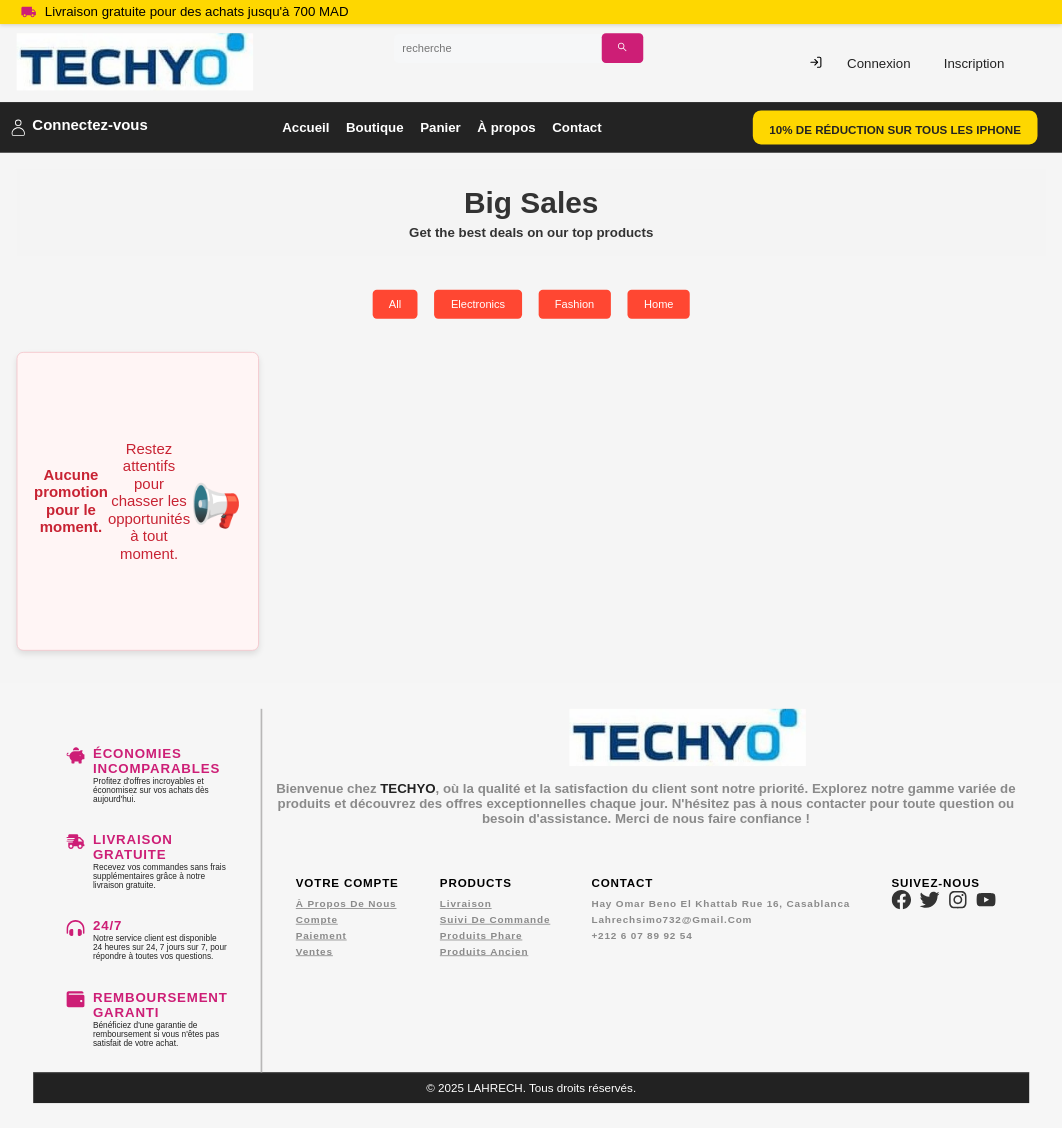
Repository: sebti-cloud/project-modern
Page: /sales (app in ecommerce_website/)
An editor plug-in stored every save of this project. The page is shown before and after the next save, followed by the edit.
The browser window is 1280 px wide. The pictures show the whole page, at 83% of full size.
The page's requests for data from a server got no answer. The project was rebuilt for these pictures with package versions that can differ from the ones it lists, and the page was loaded fresh each time. No one was signed in, and anything a server would have sent is missing. Also part of the build but not shown: ecommerce_website/src/comp/home.js, ecommerce_website/src/comp/shop.js, ecommerce_website/src/comp/cart.js, ecommerce_website/src/comp/contact.js, ecommerce_website/src/comp/rout.js, ecommerce_website/src/comp/Products.js, ecommerce_website/src/comp/Orders.js, ecommerce_website/src/comp/LikedProducts.js and 23 more.

Above is the page before, as saved 2025-01-08 18:42:56.

### ecommerce_website/src/styles/app.css
/* app.css */
body {
    font-family: Arial, sans-serif;
    margin: 0;
    padding: 0;
    background-color: #f5f5f5;
  }

  h1 {
    color: #333;
  }

  button {
    background-color: #007bff;
    color: white;
    border: none;
    padding: 10px 20px;
    cursor: pointer;
  }

  button:hover {
    background-color: #0056b3;
  }

### ecommerce_website/src/comp/Sales.js
import React, { useState, useEffect } from 'react';
import './sales.css';
import { AiOutlineShoppingCart } from 'react-icons/ai';

const Sales = ({ addtocart }) => {
    const [products, setProducts] = useState([]);
    const [loading, setLoading] = useState(true);
    const [filter, setFilter] = useState('all');

    useEffect(() => {
        fetchProducts();
    }, []);

    const fetchProducts = async () => {
        try {
            const response = await fetch('http://localhost:3001/api/products');
            const data = await response.json();
            const salesProducts = data.filter((x) => x.types && x.types.includes('sale'));
            setProducts(salesProducts);
            setLoading(false);
        } catch (error) {
            console.error('Error fetching products:', error);
            setLoading(false);
        }
    };

    const filterProducts = async (category) => {
        setFilter(category);
        setLoading(true);
        try {
            let url = `http://localhost:3001/api/products`;
            if (category !== 'all') {
                url += `?category=${category}`;
            }
            const response = await fetch(url);
            const data = await response.json();
            const filteredProducts = data.filter((x) => x.types && x.types.includes('sale'));
            setProducts(filteredProducts);
            setLoading(false);
        } catch (error) {
            console.error('Error fetching filtered products:', error);
            setLoading(false);
        }
    };

    return (
        <div className="sales">
            <div className="banner">
                <h2>Big Sales</h2>
                <p>Get the best deals on our top products</p>
            </div>
            <div className="filters">
                <button onClick={() => filterProducts('all')}>All</button>
                <button onClick={() => filterProducts('electronics')}>Electronics</button>
                <button onClick={() => filterProducts('fashion')}>Fashion</button>
                <button onClick={() => filterProducts('home')}>Home</button>
            </div>
            {loading ? (
                <div className="loading">Loading...</div>
            ) : (
                <div className="products_grid">
                    {products.length > 0 ? (
                        products.map(product => (
                            <div key={product.id} className="product_card">
                                <img src={`http://localhost:3001${product.image}`} alt={product.name} />
                                <h3>{product.name}</h3>
                                <p>{product.price} MAD</p>
                                <button onClick={() => addtocart(product)}>
                                    <AiOutlineShoppingCart /> Add to Cart
                                </button>
                            </div>
                        ))
                    ) : (
                        <div className="no-promotions" style={{
                            display: 'flex',
                            justifyContent: 'center',
                            alignItems: 'center',
                            textAlign: 'center',
                            backgroundColor: '#fff5f5',
                            color: '#c82333',
                            padding: '20px',
                            borderRadius: '8px',
                            border: '1px solid #f5c6cb',
                            marginTop: '20px',
                            boxShadow: '0 4px 8px rgba(0, 0, 0, 0.1)',
                            fontFamily: 'Arial, sans-serif',
                            fontSize: '18px',
                            maxWidth: '600px',
                            margin: '20px auto',
                            minHeight: '50vh'
                        }}>
                            <strong>Aucune promotion pour le moment.</strong>
                            <p>Restez attentifs pour chasser les opportunités à tout moment.</p>
                            <div style={{ fontSize: '50px', color: '#c82333', marginTop: '10px' }}>📢</div>
                        </div>
                    )}
                </div>
            )}
        </div>
    );
};

export default Sales;

### ecommerce_website/src/comp/sales.css
.sales {
    width: 100%;
    padding: 20px;
}

.banner {
    text-align: center;
    background-color: #ff4732;
    color: #fff;
    padding: 20px 0;
}

.banner h2 {
    font-size: 36px;
    margin: 0;
}

.banner p {
    font-size: 16px;
}

.filters {
    display: flex;
    justify-content: center;
    margin: 20px 0;
}

.filters button {
    margin: 0 10px;
    padding: 10px 20px;
    border: none;
    background-color: #ff4732;
    color: #fff;
    cursor: pointer;
    transition: background-color 0.3s ease;
}

.filters button:hover {
    background-color: #e03c2f;
}

.products_grid {
    display: grid;
    grid-template-columns: repeat(auto-fill, minmax(200px, 1fr));
    gap: 20px;
}

.product_card {
    background-color: #fff;
    border: 1px solid #ddd;
    padding: 10px;
    text-align: center;
    transition: transform 0.3s ease;
}

.product_card img {
    max-width: 100%;
    height: auto;
}

.product_card h3 {
    font-size: 18px;
    margin: 10px 0;
}

.product_card p {
    font-size: 16px;
    color: #ff4732;
    margin: 10px 0;
}

.product_card button {
    background-color: #ff4732;
    color: #fff;
    border: none;
    padding: 10px 20px;
    cursor: pointer;
    transition: background-color 0.3s ease;
}

.product_card button:hover {
    background-color: #e03c2f;
}

### ecommerce_website/src/comp/delivery.css
.delivery {
    width: 100%;
    padding: 20px;
    font-family: 'Arial', sans-serif;
    color: #333;
}

.banner {
    text-align: center;
    background-color: #007BFF;
    color: #fff;
    padding: 40px 0;
    margin-bottom: 40px;
}

.banner h2 {
    font-size: 36px;
    margin: 0;
}

.banner p {
    font-size: 16px;
    color: #333;
    font-weight: 600;
}

.options, .tracking, .faq, .contact {
    margin-top: 40px;
}

.options h3, .tracking h3, .faq h3, .contact h3 {
    font-size: 28px;
    margin-bottom: 20px;
    border-bottom: 2px solid #007BFF;
    padding-bottom: 10px;
    color: #cd176c;
}

.options ul, .faq ul {
    list-style-type: none;
    padding: 0;
}

.options li, .faq li {
    margin-bottom: 20px;
    padding: 20px;
    border: 1px solid #ddd;
    border-radius: 5px;
    background-color: #f9f9f9;
    transition: background-color 0.3s ease, border-color 0.3s ease;
}

.options li:hover, .faq li:hover {
    background-color: #fed700;
    border-color: #0056b3;
    color: #232323;
}

.options li h4, .faq li h4 {
    font-size: 22px;
    margin: 0 0 10px;
}

.tracking input {
    padding: 10px;
    width: calc(100% - 150px);
    margin-right: 10px;
    font-size: 16px;
    border: 1px solid #ddd;
    border-radius: 5px;
    box-sizing: border-box;
}

.tracking button {
    padding: 10px 20px;
    background-color: #007BFF;
    color: #fff;
    border: none;
    cursor: pointer;
    transition: background-color 0.3s ease;
    border-radius: 5px;
}

.tracking button:hover {
    background-color: #0056b3;
}

.tracking-info {
    margin-top: 20px;
    padding: 20px;
    background-color: #f9f9f9;
    border: 1px solid #ddd;
    border-radius: 5px;
}

.contact a {
    color: #cd176c;
    text-decoration: none;
}

.contact a:hover {
    text-decoration: underline;
}

.contact p {
    margin: 0;
}

### ecommerce_website/src/comp/topProducts.css
.topProducts {
    width: 100%;
    padding: 20px;
}

.banner {
    text-align: center;
    background-color: #ff4732;
    color: #fff;
    padding: 20px 0;
}

.banner h2 {
    font-size: 36px;
    margin: 0;
}

.banner p {
    font-size: 16px;
}

.filters {
    display: flex;
    justify-content: center;
    margin: 20px 0;
}

.filters button {
    margin: 0 10px;
    padding: 10px 20px;
    border: none;
    background-color: #ff4732;
    color: #fff;
    cursor: pointer;
    transition: background-color 0.3s ease;
}

.filters button:hover {
    background-color: #e03c2f;
}

.products_grid {
    display: grid;
    grid-template-columns: repeat(auto-fill, minmax(200px, 1fr));
    gap: 20px;
}

.product_card {
    background-color: #fff;
    border: 1px solid #ddd;
    padding: 10px;
    text-align: center;
    transition: transform 0.3s ease;
}

.product_card img {
    max-width: 100%;
    height: auto;
}

.product_card h3 {
    font-size: 18px;
    margin: 10px 0;
}

.product_card p {
    font-size: 16px;
    color: #ff4732;
    margin: 10px 0;
}

.product_card .rating {
    display: flex;
    justify-content: center;
    margin: 10px 0;
}

.product_card button {
    background-color: #ff4732;
    color: #fff;
    border: none;
    padding: 10px 20px;
    cursor: pointer;
    transition: background-color 0.3s ease;
}

.product_card button:hover {
    background-color: #e03c2f;
}

### ecommerce_website/src/comp/oldProduct.css
.oldProducts {
    width: 100%;
    padding: 20px;
}

.banner {
    text-align: center;
    background-color: #f4f4f4;
    padding: 20px 0;
}

.banner h2 {
    font-size: 36px;
    margin: 0;
}

.banner p {
    font-size: 16px;
}

.filters {
    display: flex;
    justify-content: center;
    margin: 20px 0;
}

.filters button {
    margin: 0 10px;
    padding: 10px 20px;
    border: none;
    background-color: #ff4732;
    color: #fff;
    cursor: pointer;
    transition: background-color 0.3s ease;
}

.filters button:hover {
    background-color: #e03c2f;
}

.products_grid {
    display: grid;
    grid-template-columns: repeat(auto-fill, minmax(200px, 1fr));
    gap: 20px;
}

.product_card {
    background-color: #fff;
    border: 1px solid #ddd;
    padding: 10px;
    text-align: center;
    transition: transform 0.3s ease;
}

.product_card img {
    max-width: 100%;
    height: auto;
}

.product_card h3 {
    font-size: 18px;
    margin: 10px 0;
}

.product_card p {
    font-size: 16px;
    color: #ff4732;
    margin: 10px 0;
}

.product_card button {
    background-color: #ff4732;
    color: #fff;
    border: none;
    padding: 10px 20px;
    cursor: pointer;
    transition: background-color 0.3s ease;
}

.product_card button:hover {
    background-color: #e03c2f;
}

### ecommerce_website/src/comp/register.css
/* Styles pour le conteneur d'inscription uniquement */
.register-page {
    height: 100vh;
    display: flex;
    justify-content: center;
    align-items: center;
    background: linear-gradient(135deg, #ff9a9e 0%, #fad0c4 100%);
    margin: 0;
    padding: 0;
    font-family: 'Arial', sans-serif;
  }

  .register-container {
    width: 100%;
    max-width: 400px;
    background: #fff;
    padding: 40px;
    border-radius: 10px;
    box-shadow: 0 4px 8px rgba(0, 0, 0, 0.1);
  }

  .register-form-container {
    display: flex;
    flex-direction: column;
    align-items: center;
  }

  h2 {
    margin-bottom: 20px;
    color: #333;
  }

  .input-group {
    width: 100%;
    margin-bottom: 20px;
  }

  .input-group label {
    display: block;
    margin-bottom: 5px;
    color: #666;
  }

  .input-group input, .input-group textarea {
    width: 100%;
    padding: 10px;
    border: 1px solid #ddd;
    border-radius: 5px;
    transition: all 0.3s;
  }

  .input-group.name input, .input-group.phone input, .input-group.password input, .input-group.email input, .input-group.address textarea {
    width: 100%;
  }

  .input-group input:focus, .input-group textarea:focus {
    border-color: #ff6f61;
    box-shadow: 0 0 8px rgba(255, 111, 97, 0.3);
    outline: none;
  }

  .register-button {
    width: 100%;
    padding: 10px 0;
    background: #ff6f61;
    color: #fff;
    border: none;
    border-radius: 5px;
    font-weight: bold;
    cursor: pointer;
    transition: all 0.3s;
  }

  .register-button:hover {
    background: #e65c53;
  }

### ecommerce_website/src/comp/login.css
/* Styles pour le conteneur de connexion uniquement */
.login-page {
    height: 100vh;
    display: flex;
    justify-content: center;
    align-items: center;
    background: linear-gradient(135deg, #ff9a9e 0%, #fad0c4 100%);
    margin: 0;
    padding: 0;
    font-family: 'Arial', sans-serif;
}

.login-container {
    width: 100%;
    max-width: 400px;
    background: #fff;
    padding: 40px;
    border-radius: 10px;
    box-shadow: 0 4px 8px rgba(0, 0, 0, 0.1);
}

.login-form-container {
    display: flex;
    flex-direction: column;
    align-items: center;
}

h2 {
    margin-bottom: 20px;
    color: #333;
}

.input-group {
    width: 100%;
    margin-bottom: 20px;
}

.input-group label {
    display: block;
    margin-bottom: 5px;
    color: #232323;
}

.input-group input {
    width: 100%;
    padding: 10px;
    border: 1px solid #ddd;
    border-radius: 5px;
    transition: all 0.3s;
}

.input-group.password input {
    width: 100%;
    /* Augmenter la largeur à 100% du conteneur parent */
}


.input-group input:focus {
    border-color: #ff6f61;
    box-shadow: 0 0 8px rgba(255, 111, 97, 0.3);
    outline: none;
}

.login-button {
    width: 100%;
    padding: 10px 0;
    background: #ff6f61;
    color: #fff;
    border: none;
    border-radius: 5px;
    font-weight: bold;
    cursor: pointer;
    transition: all 0.3s;
    margin-bottom: 10px;
}

.login-button:hover {
    background: #e65c53;
}

.google-login-button {
    width: 100%;
    padding: 10px 0;
    background: #4285f4;
    color: #fff;
    border: none;
    border-radius: 5px;
    font-weight: bold;
    cursor: pointer;
    transition: all 0.3s;
}

.google-login-button:hover {
    background: #357ae8;
}

.signup-link {
    margin-top: 20px;
    color: #666;
    font-size: 14px;
}

.signup-link a {
    color: #4285f4;
    text-decoration: none;
}

.signup-link a:hover {
    text-decoration: underline;
}

### ecommerce_website/src/comp/UserProfile.css
.profile-container {
    display: flex;
    flex-direction: column;
    align-items: center;
    padding: 20px;
    background-color: #f5f5f5;
    border-radius: 10px;
    box-shadow: 0 0 10px rgba(0, 0, 0, 0.1);
  }

  .profile-title {
    font-size: 24px;
    font-weight: bold;
    margin-bottom: 20px;
  }

  .profile-photo {
    width: 150px;
    height: 150px;
    border-radius: 50%;
    object-fit: cover;
    margin-bottom: 20px;
  }

  .profile-placeholder {
    font-size: 18px;
    color: #888;
    margin-bottom: 20px;
  }

  button {
    background-color: #4caf50;
    color: white;
    padding: 10px 20px;
    border: none;
    border-radius: 5px;
    cursor: pointer;
  }

  button:hover {
    background-color: #45a049;
  }

  input[type="file"] {
    margin-bottom: 20px;
  }

### ecommerce_website/src/comp/contact.css
* {
    margin: 0;
    padding: 0;
    font-family: sans-serif;
    box-sizing: border-box;
}

.contact {
    padding: 20px 40px;
    width: 100%;
}

.contact .container {
    padding: 10px 20px;
    max-width: 100%;
}

.contact .container .form {
    width: 500px;
    background: #f6f6f6;
    padding: 20px 30px;
    box-shadow: rgba(0, 0, 0, 0.24) 0px 3px 8px;
    margin: 0px auto;
    border-top: 3px solid #fed700;
    border-radius: 5px;
}

.contact .container .form h2 {
    color: #cd1e76;
    text-transform: uppercase;
    font-size: 18px;
    letter-spacing: 1px;
    font-weight: 600;
}

.contact .container .form .box {
    display: flex;
    margin-top: 20px;
    justify-content: space-between;
    width: 100%; /* Assure la pleine largeur de la boîte */
}

.contact .container .form .box .label h4 {
    margin-left: 30px;
    color: #232323;
    font-size: 14px;
    font-weight: 600;
    margin-top: 10px;
}

.contact .container .form .box .input input,
.contact .container .form .box .input textarea {
    width: calc(100% - 40px); /* Ajuste la largeur pour permettre un padding */
    margin-right: 16px; /* Correction de la marge */
    border: none;
    outline: none;
    background: none;
    border-bottom: 2px solid #8a8a8a;
    padding: 10px 20px;
}

.contact .container .form .box .input textarea {
    resize: none;
}

.contact .container .form button {
    margin-top: 20px;
    margin-left: 30px;
    padding: 10px 30px;
    color: #232323;
    border: none;
    outline: none;
    background: #fed700;
    cursor: pointer;
}

Loaded but not shown: ecommerce_website/public/index.html (common file); ecommerce_website/src/App.js (449 lines, source omitted); ecommerce_website/src/comp/nav.js (328 lines, source omitted); ecommerce_website/src/comp/footer.js (127 lines, source omitted); ecommerce_website/src/comp/home_product.js (112 lines, source omitted); ecommerce_website/src/index.js (22 lines, source omitted); ecommerce_website/src/comp/home.css (648 lines, source omitted); ecommerce_website/src/comp/admin.css (473 lines, source omitted); ecommerce_website/src/comp/shop.css (317 lines, source omitted); ecommerce_website/src/comp/cart.css (240 lines, source omitted); ecommerce_website/src/comp/nav.css (230 lines, source omitted); ecommerce_website/src/comp/footer.css (166 lines, source omitted); ecommerce_website/src/comp/TrackOrder.css (158 lines, source omitted)

After the next save:
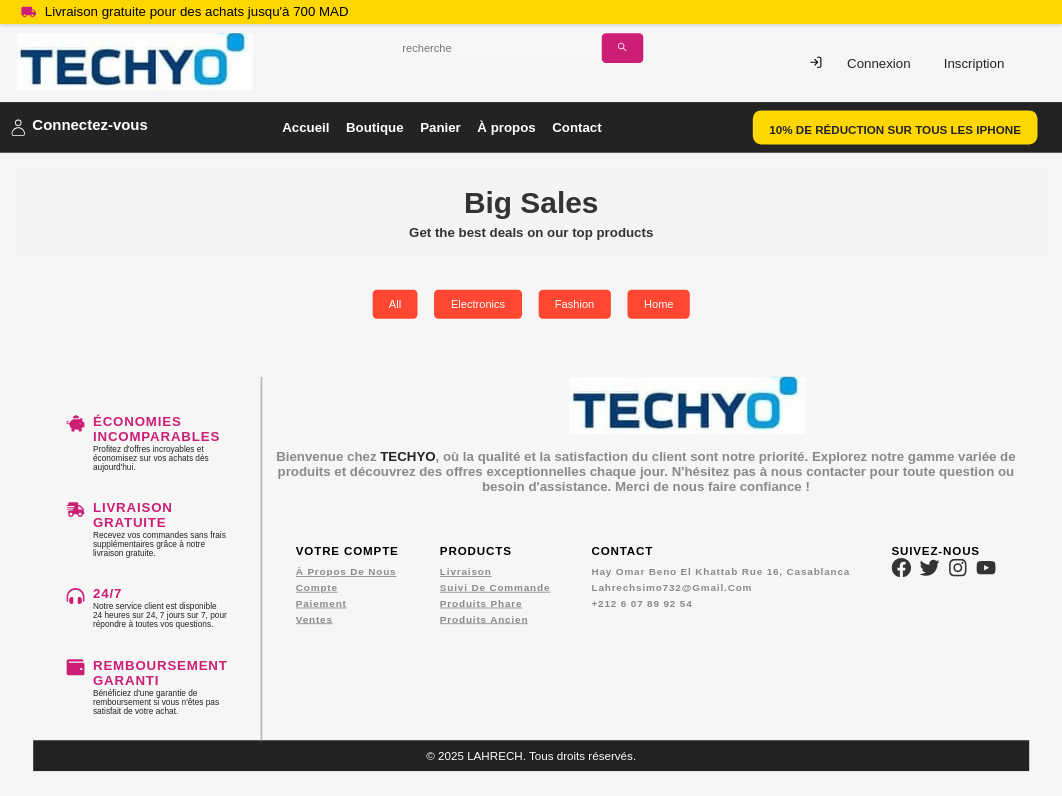
Saved 17 s later.
--- a/ecommerce_website/src/comp/Sales.js
+++ b/ecommerce_website/src/comp/Sales.js
@@ -2,45 +2,25 @@ import React, { useState, useEffect } from 'react';
 import './sales.css';
 import { AiOutlineShoppingCart } from 'react-icons/ai';
 
-const Sales = ({ addtocart }) => {
-    const [products, setProducts] = useState([]);
+const Sales = ({ fetchSalesProducts, addtocart }) => {
+    const [salesProducts, setSalesProducts] = useState([]);
     const [loading, setLoading] = useState(true);
     const [filter, setFilter] = useState('all');
 
     useEffect(() => {
-        fetchProducts();
-    }, []);
-
-    const fetchProducts = async () => {
-        try {
-            const response = await fetch('http://localhost:3001/api/products');
-            const data = await response.json();
-            const salesProducts = data.filter((x) => x.types && x.types.includes('sale'));
-            setProducts(salesProducts);
+        const fetchData = async () => {
+            setLoading(true);
+            await fetchSalesProducts(setSalesProducts);
             setLoading(false);
-        } catch (error) {
-            console.error('Error fetching products:', error);
-            setLoading(false);
-        }
-    };
+        };
+        fetchData();
+    }, [fetchSalesProducts]);
 
     const filterProducts = async (category) => {
         setFilter(category);
         setLoading(true);
-        try {
-            let url = `http://localhost:3001/api/products`;
-            if (category !== 'all') {
-                url += `?category=${category}`;
-            }
-            const response = await fetch(url);
-            const data = await response.json();
-            const filteredProducts = data.filter((x) => x.types && x.types.includes('sale'));
-            setProducts(filteredProducts);
-            setLoading(false);
-        } catch (error) {
-            console.error('Error fetching filtered products:', error);
-            setLoading(false);
-        }
+        await fetchSalesProducts(setSalesProducts, category);
+        setLoading(false);
     };
 
     return (
@@ -59,41 +39,16 @@ const Sales = ({ addtocart }) => {
                 <div className="loading">Loading...</div>
             ) : (
                 <div className="products_grid">
-                    {products.length > 0 ? (
-                        products.map(product => (
-                            <div key={product.id} className="product_card">
-                                <img src={`http://localhost:3001${product.image}`} alt={product.name} />
-                                <h3>{product.name}</h3>
-                                <p>{product.price} MAD</p>
-                                <button onClick={() => addtocart(product)}>
-                                    <AiOutlineShoppingCart /> Add to Cart
-                                </button>
-                            </div>
-                        ))
-                    ) : (
-                        <div className="no-promotions" style={{
-                            display: 'flex',
-                            justifyContent: 'center',
-                            alignItems: 'center',
-                            textAlign: 'center',
-                            backgroundColor: '#fff5f5',
-                            color: '#c82333',
-                            padding: '20px',
-                            borderRadius: '8px',
-                            border: '1px solid #f5c6cb',
-                            marginTop: '20px',
-                            boxShadow: '0 4px 8px rgba(0, 0, 0, 0.1)',
-                            fontFamily: 'Arial, sans-serif',
-                            fontSize: '18px',
-                            maxWidth: '600px',
-                            margin: '20px auto',
-                            minHeight: '50vh'
-                        }}>
-                            <strong>Aucune promotion pour le moment.</strong>
-                            <p>Restez attentifs pour chasser les opportunités à tout moment.</p>
-                            <div style={{ fontSize: '50px', color: '#c82333', marginTop: '10px' }}>📢</div>
+                    {salesProducts.map(product => (
+                        <div key={product.id} className="product_card">
+                            <img src={`http://localhost:3001${product.image}`} alt={product.name} />
+                            <h3>{product.name}</h3>
+                            <p>{product.price} MAD</p>
+                            <button onClick={() => addtocart(product)}>
+                                <AiOutlineShoppingCart /> Add to Cart
+                            </button>
                         </div>
-                    )}
+                    ))}
                 </div>
             )}
         </div>
